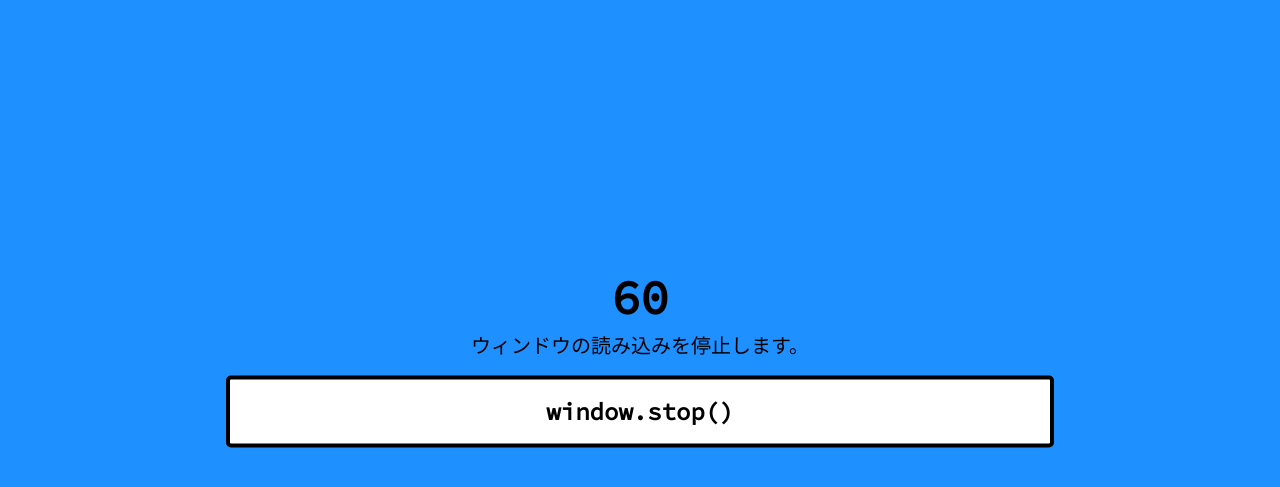
Repository: kenta7255/typing-game
Page: index.html
An editor plug-in stored every save of this project. The page is shown before and after the next save, followed by the edit.
The browser window is 1280 px wide. The pictures show the whole page.
After loading, the first visible `#start` was clicked once.
Some web fonts or font styles are not loaded; a fallback is used. The style sheet was rebuilt from its Sass, Less or Tailwind sources for each picture, by a compiler version that may differ from the author's.

Above is the page before, as saved 2021-04-12 14:13:37.

### index.html
<!DOCTYPE html>
<html lang="ja">

<head>
  <meta charset="UTF-8">
  <meta http-equiv="X-UA-Compatible" content="IE=edge">
  <meta name="viewport" content="width=device-width, initial-scale=1.0">
  <link rel="stylesheet" href="html5reset-1.6.1.css">
  <link rel="stylesheet" href="styles.css">
  <link href="https://fonts.googleapis.com/css?family=Source+Code+Pro" rel="stylesheet">
  <link href="https://fonts.googleapis.com/earlyaccess/nicomoji.css" rel="stylesheet">

  <title>プログラミングタイピング</title>
</head>

<body>
  <div id="container">
    <div id="title">
      <h1>プログラミング<br>タイピング</h1>
      <button id="start" class="btn">スタート!!</button>
    </div>
    <p id="count">60</p>
    <p id="description"></p>
    <div id="wrap">
      <p id="text"></p>
    </div>

  </div>
  <script src="script.js"></script>
</body>

</html>

### html5reset-1.6.1.css
/*
html5doctor.com Reset Stylesheet
v1.6.1
Last Updated: 2010-09-17
Author: Richard Clark - http://richclarkdesign.com
Twitter: @rich_clark
*/

html, body, div, span, object, iframe,
h1, h2, h3, h4, h5, h6, p, blockquote, pre,
abbr, address, cite, code,
del, dfn, em, img, ins, kbd, q, samp,
small, strong, sub, sup, var,
b, i,
dl, dt, dd, ol, ul, li,
fieldset, form, label, legend,
table, caption, tbody, tfoot, thead, tr, th, td,
article, aside, canvas, details, figcaption, figure,
footer, header, hgroup, menu, nav, section, summary,
time, mark, audio, video {
    margin:0;
    padding:0;
    border:0;
    outline:0;
    font-size:100%;
    vertical-align:baseline;
    background:transparent;
}

body {
    line-height:1;
}

article,aside,details,figcaption,figure,
footer,header,hgroup,menu,nav,section {
	display:block;
}

nav ul {
    list-style:none;
}

blockquote, q {
    quotes:none;
}

blockquote:before, blockquote:after,
q:before, q:after {
    content:'';
    content:none;
}

a {
    margin:0;
    padding:0;
    font-size:100%;
    vertical-align:baseline;
    background:transparent;
}

/* change colours to suit your needs */
ins {
    background-color:#ff9;
    color:#000;
    text-decoration:none;
}

/* change colours to suit your needs */
mark {
    background-color:#ff9;
    color:#000;
    font-style:italic;
    font-weight:bold;
}

del {
    text-decoration: line-through;
}

abbr[title], dfn[title] {
    border-bottom:1px dotted;
    cursor:help;
}

table {
    border-collapse:collapse;
    border-spacing:0;
}

/* change border colour to suit your needs */
hr {
    display:block;
    height:1px;
    border:0;
    border-top:1px solid #cccccc;
    margin:1em 0;
    padding:0;
}

input, select {
    vertical-align:middle;
}

### script.js
'use strict'
const title = document.getElementById('title');
const wrap = document.getElementById('wrap');
const start = document.getElementById('start');
const count = document.getElementById('count');

// テキスト入力欄とカウンターはデフォルト非表示
wrap.style.display = "none";
count.style.display = "none";

// タイピングテキストと、説明を連想配列で管理
const textLists = {
  "渡された値をコンソールに表示します。": "console.log()",
  "id プロパティが指定された文字列に一致する要素を表す Element オブジェクトを返します。": "document.getElementById()",
  "現在日時でDateオブジェクトを生成しています": "let today = new Date()",
  "オプションの指定されたコンテンツと OK ボタンを持つ警告ダイアログを表示します。": "window.alert()",
  "メッセージと、OK, キャンセルの 2 つのボタンを持つモーダルダイアログを表示します。": "window.confirm()",
  "ユーザにテキストを入力することを促すメッセージを持つダイアログを表示します。": "window.prompt()",
  "ウィンドウの読み込みを停止します。": "window.stop()",
  "ブラウザーにセッション履歴内で1つ前のページに戻らせます。": "history.back()",
  "tagNameで指定された HTML 要素を生成します": "document.createElement()",
  "指定されたクラス名をすべて持つすべての子要素の配列風オブジェクトを返します。": "document.getElementsByClassName()",
  "テキストの文字列を開かれた文書ストリームに書き込みます。": "document.write()",
  "文書内で指定した name を持つ要素の NodeList コレクションを返します。": "document.getElementsByName()",
  "現在の文書の <head> 要素を返します。": "document.head;",
  "0以上num未満の乱数を生成します。": "Math.floor(Math.random() * num)",
  "連想配列のキーを取得します": "Object.keys()",
  "連想配列のキーの数ループを作成します。": "for (let i in Dictionary){}",
  "forループやwhileループの処理を途中でスキップします": "continue",
  "new Date()で現在の日時（Dateオブジェクト）を生成し、西暦の年4桁を取得します。": "getFullYear()",
  "new Date()で現在の日時（Dateオブジェクト）を生成し、時間を取得します。": "getMinutes()",
  "new Date()で現在の日時（Dateオブジェクト）を生成し、秒を取得します": "getSeconds()",
  "new Date()で現在の日時（Dateオブジェクト）を生成し、月を取得します": "getMonth()",
  "new Date()で現在の日時（Dateオブジェクト）を生成し、日を取得します": "getDate()",
  "new Date()で現在の日時（Dateオブジェクト）を生成し、曜日を取得します": "getDay()",
  "新しいウィンドウやタブで指定ページを開きます。": "window.open()",
  "水平方向のスクロール量を取得します。": "window.scrollX",
  "垂直方向のスクロール量を取得します。": "window.scrollY",
  "指定した座標までウィンドウをスクロールさせます。": "window.scrollTo(X, Y)",
  "ブラウザのビューポートの横幅を取得します。": "window.innerWidth",
  "ブラウザのビューポートの高さを取得します。": "window.innerHeight",
};


let checkTexts = [];

const createText = () => {
  const p = document.getElementById('text');
  p.textContent = '';

  const d = document.getElementById('description');
  d.textContent = '';

  // ハッシュの取り出し処理
  let length = 0;
  let text = [];
  let description = [];
  for (let i in textLists) {
    length++;
    description.push(i);
    text.push(textLists[i]);
  }

  // ハッシュのキー未満の乱数を生成
  const rand = Math.floor(Math.random() * Object.keys(textLists).length);

  // split&mapで一文字ずつspanタグで括り、htmlに渡す
  checkTexts = text[rand].split(('')).map(value => {
    const span = document.createElement('span');
    span.textContent = value;
    p.appendChild(span);
    return span;
  })

  // 設問文の配列インデックスを乱数で指定し、htmlに渡す
  for (let item of description) {
    d.textContent = description[rand];
  }

};

let score = 0;
const keyDown = e => {

  wrap.style.backgroundColor = 'white';
  if (e.key === checkTexts[0].textContent) {
    // キー入力と文字が一致していたら、add-colorで背景色と同化
    checkTexts[0].className = 'add-color';
    // 最初の要素取り除き
    checkTexts.shift();
    score++;

    if (!checkTexts.length) createText();
  } else if (e.key === 'Shift') {
    // シフトキーは無視する
    wrap.style.backgroundColor = 'white';
  } else {
    // 音声と背景を赤に
    const miss = new Audio('miss.mp3');
    miss.play();
    wrap.style.backgroundColor = 'red';
  }
};

let text = ''
const rankCheck = score => {
  if (score < 100) {
    text = `あなたのランクはCです。`
  } else if (score < 200) {
    text = `あなたのランクはBです。`
  } else if (score < 300) {
    text = `あなたのランクはAです。`
  } else if (score >= 300) {
    text = 'あなたのランクはSです。'
  }
  return `${score}文字打てました！\n${text}\n【OK】リトライ／【キャンセル】終了`;
};
const gameOver = id => {
  clearInterval(id);

  window.alert(rankCheck(score));
  window.location.reload();
};

const timer = () => {
  let time = 60;

  const id = setInterval(() => {
    if (time <= 5) {
      count.style.color = 'red';
    }
    if (time === 0) gameOver(id);
    count.textContent = time--;
  }, 1000);
};


start.addEventListener('click', () => {
  const decide = new Audio('deside.mp3');
  decide.play();
  wrap.style.display = "block";
  count.style.display = "block";
  timer();
  createText();
  title.style.display = 'none';
  document.addEventListener('keydown', keyDown);
});

### styles.scss
@charset "utf-8";
@font-face {
  font-family: "NikkyouSans-B6aV";
  src: url(/NikkyouSans-B6aV.ttf);
}
btn {
  outline: none;
}

body {
  font-family: "Source Code Pro", monospace;
  font-size: 1.5em;
  text-align: center;
  background: #1e90ff;
  position: relative;
  height: 100vh;
}

#container {
  position: absolute;
  top: 50%;
  left: 50%;
  transform: translate(-50%, -50%);
  h1 {
    color: white;
    font-family: "NikkyouSans-B6aV";
    text-shadow: 0px 0px 2px #000, 2px 2px 3px #000;
    font-size: 3.5em;
    letter-spacing: 8px;
    margin-bottom: 50px;
  }
}

#count {
  margin: 0;
  font-weight: bold;
  color: black;
  font-size: 2em;
  margin-bottom: 15px;
}

#wrap {
  margin-top: 20px;
  padding: 20px 10px;
  background-color: white;
  font-weight: bold;
  width: 800px;
  color: black;
  border-radius: 5px;
  border: 4px solid black;
  text-align: center;
}

.btn {
  display: inline-block;
  width: 200px;
  background-color: #fff100;
  border: 1px solid #000;
  border-bottom: 5px solid #ccc100;
  padding: {
    top: 15px;
    bottom: 15px;
  }
  border-radius: 6px;
  font-size: 1.5em;
  font-weight: bold;
  font-family: "NikkyouSans-B6aV";
  transition: all 300ms 0s ease;
  &:hover {
    margin-top: 3px;
    color: #000;
    background: #fff20a;
    border-bottom: 2px solid #ccc100;
  }
}

span {
  transition: all 300ms 0s ease;
}

.add-color {
  font-size: 0.5em;
  color: white;
}

#description{
  font-size: 20px;
  margin-bottom: 15px;
}

After the next save:
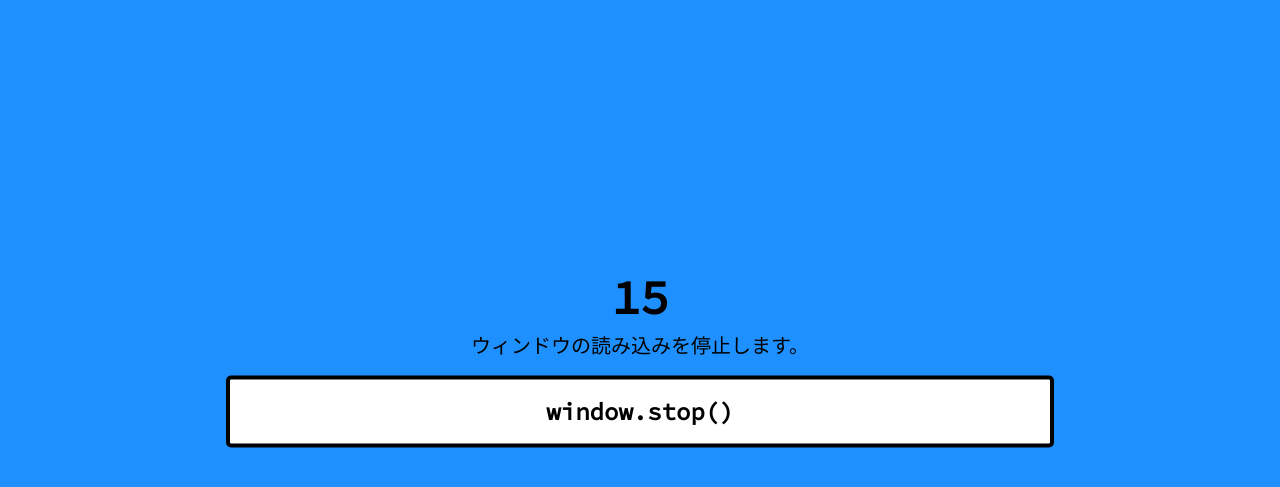
Saved 26 s later.
--- a/script.js
+++ b/script.js
@@ -123,7 +123,7 @@ const gameOver = id => {
 };
 
 const timer = () => {
-  let time = 60;
+  let time = 15;
 
   const id = setInterval(() => {
     if (time <= 5) {
